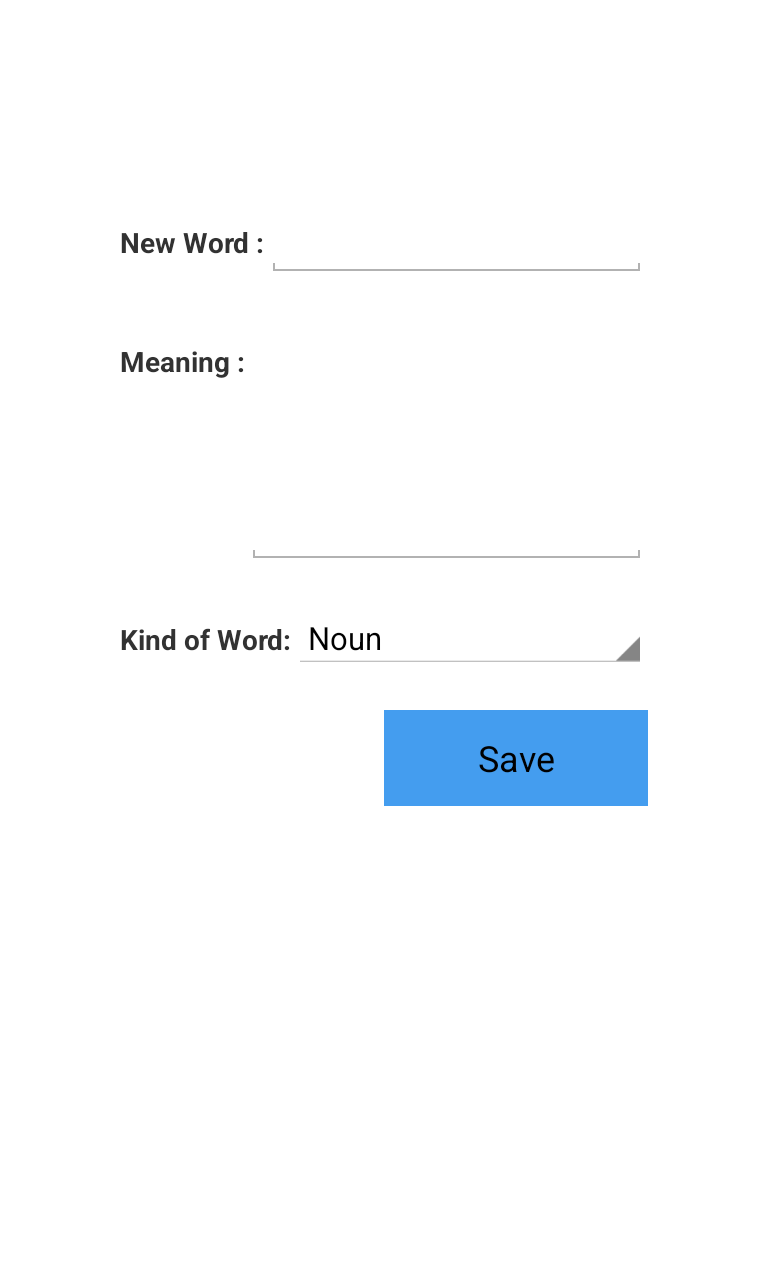
Repository: karno123/AndroidWordReminder
Layout: WordRemainder/res/layout/add_word_layout.xml
These files come from the project's save history. The layout is drawn as it stood at one moment and after the next save; the edit follows.
It is drawn on a 768 x 1280 px phone screen (xhdpi) without system bars, with theme AppTheme; the app's code is not run.

Above is the layout before, as saved 2014-07-06 08:03:03.

### WordRemainder/res/layout/add_word_layout.xml
<?xml version="1.0" encoding="utf-8"?>
<LinearLayout xmlns:android="http://schemas.android.com/apk/res/android"
    android:layout_width="fill_parent"
    android:layout_height="fill_parent"
    android:paddingLeft="60dp"
    android:paddingRight="60dp"
    android:paddingTop="80dp"
    android:orientation="vertical" >

    <LinearLayout
	        android:layout_width="fill_parent"
	        android:layout_height="wrap_content"
	        android:orientation="horizontal"
	        android:paddingTop="20dp">

        <TextView
	        android:id="@+id/text_new_word"
	        android:layout_width="wrap_content"
	        android:layout_height="wrap_content"
	        android:textStyle="bold"
	        android:text="@string/new_text_word"/>

         <EditText
	        android:inputType="text"
	        android:id="@+id/input_text_new_word"
	        android:layout_width="0dp"
	        android:layout_weight="0.8"
	        android:layout_height="wrap_content"
	        />

    </LinearLayout>

    <LinearLayout
            android:layout_width="fill_parent"
	        android:layout_height="wrap_content"
	        android:orientation="horizontal"
	        android:paddingTop="20dp">
        <TextView
	        android:id="@+id/text_meaning_word"
	        android:layout_width="wrap_content"
	        android:layout_height="wrap_content"
	        android:textStyle="bold"
	        android:text="@string/meaning_word"
	        />

        <EditText
            android:id="@+id/input_text_meaning"
            android:layout_height="wrap_content"
            android:layout_width="0dp"
            android:layout_weight="0.80"
            android:gravity="top"
            android:inputType="textMultiLine"
            android:lines="5"
            android:singleLine="false" />

    </LinearLayout>

    <LinearLayout
            android:layout_width="fill_parent"
	        android:layout_height="wrap_content"
	        android:orientation="horizontal"
	        android:paddingTop="20dp">

         <TextView
	        android:id="@+id/kind_of_word_text"
	        android:layout_width="wrap_content"
	        android:layout_height="wrap_content"
	        android:textStyle="bold"
	        android:text="@string/kind_of_word"
	        />
	    <Spinner
	        android:id="@+id/kind_of_word"
	        android:layout_width="0dp"
	        android:layout_weight="1"
	        android:layout_height="wrap_content"
	        android:prompt="@string/kind_of_word_prompt"
	        android:entries="@array/word_arrays"

	        />
    </LinearLayout>

    <LinearLayout
            android:layout_width="fill_parent"
	        android:layout_height="wrap_content"
	        android:orientation="horizontal"
	        android:gravity="right"
	        android:paddingTop="20dp"
	        android:weightSum="2">

        	<Button
        	     android:id="@+id/add_new_word_button"
        	     android:layout_height="wrap_content"
        	     android:layout_width="0dip"
        	     android:layout_weight="1"
        	     android:text="@string/add_word_button"
        	     android:background="#449def"/>

    </LinearLayout>

</LinearLayout>

### WordRemainder/res/values/strings.xml
<?xml version="1.0" encoding="utf-8"?>
<resources>

    <string name="app_name">Word Remainder</string>
    <string name="action_settings">Settings</string>
    <string name="hello_world">Hello world!</string>
    <string name="splash_text">This is a splash text</string>
	<string name="add_word">Add New Word</string>
	<string name="view_word">View Word</string>
	<string name="setting">Setting Apps</string>


	<string name="addnewword_title">Add New Word</string>
	<string name="viewword_title">View Word</string>

	<string name="new_text_word">New Word    :</string>
	<string name="meaning_word"> Meaning      :</string>
	<string name="kind_of_word"> Kind of Word:  </string>

	<string name="kind_of_word_prompt">Choose kind of word</string>
	<string-array name="word_arrays">
	    <item>Noun</item>
	    <item>Verb</item>
	    <item>Adjective</item>
	    <item>Adverb</item>
	    <item>Interjection</item>
	    <item>Preposition</item>
	    <item>Conjunction</item>
	    <item>Pronoun</item>
	</string-array>

	<string name="add_word_button">  Save  </string>
	<string name="cancel_edit_word_button">Cancel</string>
	<string name="search_text">Search </string>

	<string name="main_word" >main_word </string>
	<string name="meaning">meaning karno <b>siahaan</b></string>

	<string name="updateWord">Update Word</string>


	<string name="setting_enable">Enable setting </string>
	<string name="word_per_day">Word per day  </string>
	<string name="reminder_time">Reminder time</string>
	<string name="word_per_day_def">50</string>

	<string name="setting_ok">OK</string>
	<string name="setting_Cancel">Cancel</string>

	<string name="setting_label">Setting</string>

	<string name="home">home</string>

</resources>

Loaded but not shown: WordRemainder/res/values/styles.xml (common file); WordRemainder/res/values-v11/styles.xml (common file); WordRemainder/res/values-v14/styles.xml (common file)

After the next save:
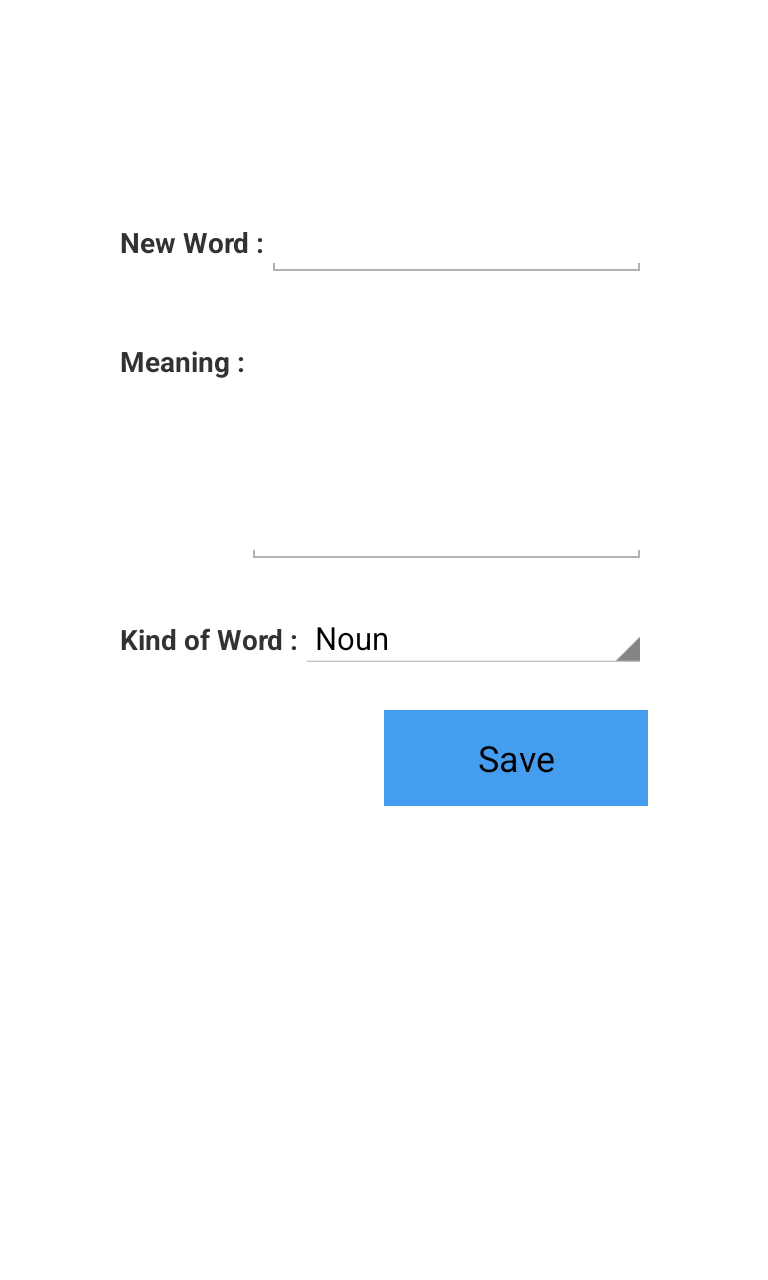
Saved 21 s later.
--- a/WordRemainder/res/values/strings.xml
+++ b/WordRemainder/res/values/strings.xml
@@ -13,9 +13,9 @@
 	<string name="addnewword_title">Add New Word</string>
 	<string name="viewword_title">View Word</string>
 
-	<string name="new_text_word">New Word    :</string>
-	<string name="meaning_word"> Meaning      :</string>
-	<string name="kind_of_word"> Kind of Word:  </string>
+	<string name="new_text_word">New Word     :</string>
+	<string name="meaning_word"> Meaning       :</string>
+	<string name="kind_of_word"> Kind of Word :  </string>
 
 	<string name="kind_of_word_prompt">Choose kind of word</string>
 	<string-array name="word_arrays">
